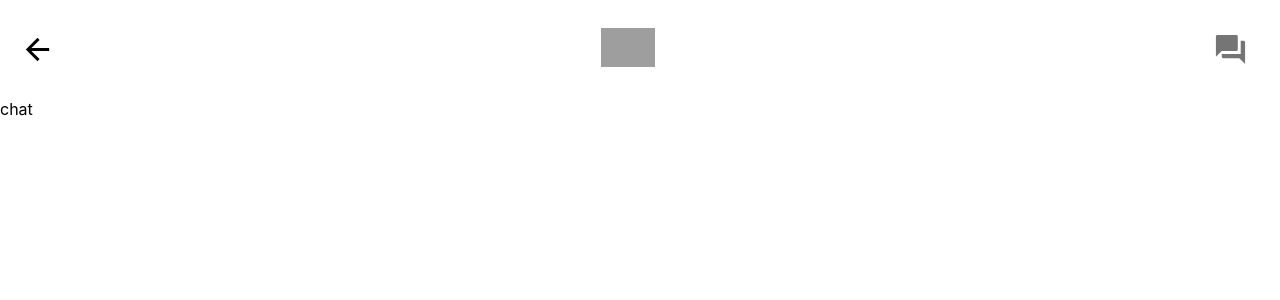
Repository: mminhaz93/React-Tinder-Clone
Page: /chat
These files come from the project's save history. The page is drawn as it stood at one moment and after the next save; the edit follows.
The browser window is 1280 px wide. The pictures show the whole page.
Pictures or frames that could not be fetched are drawn as grey boxes. The page's requests for data from a server got no answer. The project was rebuilt for these pictures with package versions that can differ from the ones it lists, and the page was loaded fresh each time. No one was signed in, and anything a server would have sent is missing. Also part of the build but not shown: src/App.css, src/components/tinderCards/TinderCards.css, src/utils/firebase.js, src/components/tinderCards/TinderCards.js, src/components/swipeButtons/SwipeButtons.css, src/components/swipeButtons/SwipeButtons.js.

Above is the page before, as saved 2020-08-23 19:41:50.

### public/index.html
<!DOCTYPE html>
<html lang="en">
  <head>
    <meta charset="utf-8" />
    <meta name="viewport" content="width=device-width, initial-scale=1" />
    <meta name="theme-color" content="#000000" />
    <meta
      name="description"
      content="Web site created using create-react-app"
    />
    <title>React Tinder App</title>
  </head>
  <body>
    <noscript>You need to enable JavaScript to run this app.</noscript>
    <div id="root"></div>
  </body>
</html>

### src/App.js
import React from "react";
import "./App.css";
import { BrowserRouter as Router, Switch, Route } from "react-router-dom";
import Header from "./components/header/Header";
import TinderCards from "./components/tinderCards/TinderCards";
import SwipeButtons from "./components/swipeButtons/SwipeButtons";

function App() {
  return (
    <div className="App">
      <Router>
        <Header backButton="/"/>
        <Switch>
          <Route exact path="/">
            <TinderCards />
            <SwipeButtons />
          </Route>
        </Switch>
        <Switch>
          <Route path="/chat">chat</Route>
        </Switch>
      </Router>
    </div>
  );
}

export default App;

### src/components/header/Header.js
import React from "react";
import "./Header.css";
import { Person, Forum, ArrowBack } from "@material-ui/icons";
import { IconButton } from "@material-ui/core";
import { Link } from "react-router-dom";

const Header = ({ backButton }) => {
  return (
    <div className="header">
      {backButton ? (
        <ArrowBack fontSize="large" className="headerIcon" />
      ) : (
        <IconButton>
          <Person className="headerIcon" fontSize="large" />
        </IconButton>
      )}
      <Link to="/">
        <img
          className="headerLogo"
          src="https://1000logos.net/wp-content/uploads/2018/07/tinder-logo.png"
          alt="logo"
        />
      </Link>
      <Link to="/chat">
        <IconButton>
          <Forum className="headerIcon" fontSize="large" />
        </IconButton>
      </Link>
    </div>
  );
};

export default Header;

### src/components/header/Header.css
.header {
  display: flex;
  align-items: center;
  justify-content: space-between;
}

.headerLogo {
  height: 40px;
  object-fit: contain;
}

.headerIcon{
    padding: 20px;
}

Loaded but not shown: src/index.js (common file); src/index.css (common file)

After the next save:
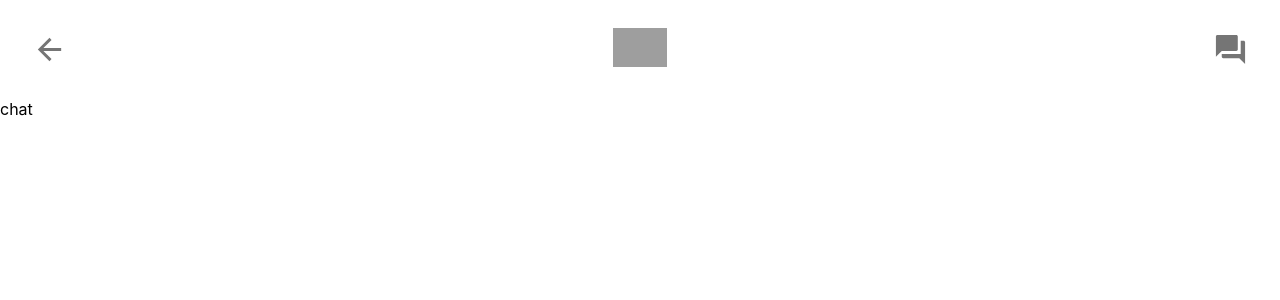
Saved 31 s later.
--- a/src/components/header/Header.js
+++ b/src/components/header/Header.js
@@ -8,7 +8,9 @@ const Header = ({ backButton }) => {
   return (
     <div className="header">
       {backButton ? (
-        <ArrowBack fontSize="large" className="headerIcon" />
+        <IconButton>
+          <ArrowBack fontSize="large" className="headerIcon" />
+        </IconButton>
       ) : (
         <IconButton>
           <Person className="headerIcon" fontSize="large" />
